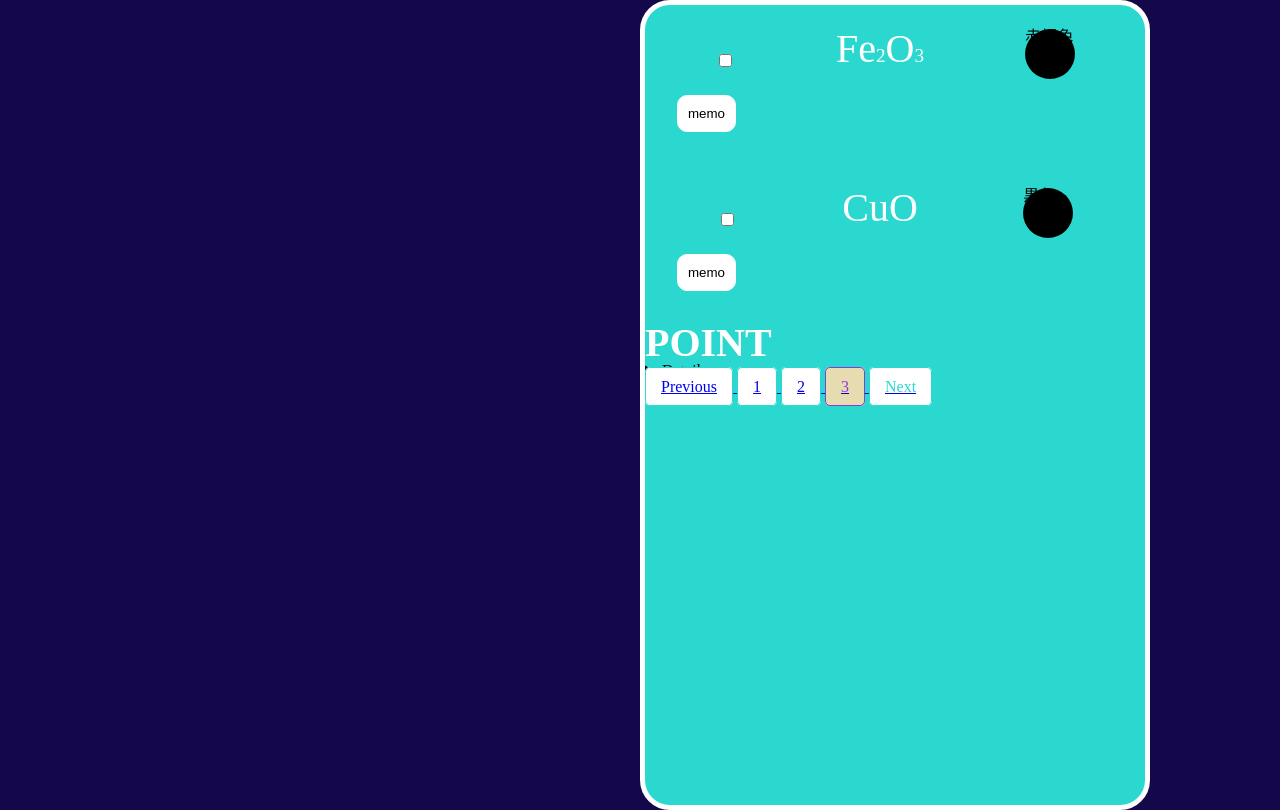
Repository: 1000sky/Inorganic_chemistry_application
Page: http://localhost/index6
The author's editor kept a copy of each file at every save. The page is drawn from the files as they stood at one save, then again after the next save.
The browser window is 1280 px wide. The pictures show the whole page.
The page is served by the project's Laravel application, run on PHP 8.4 with Laravel 8.

Above is the page before, as saved 2022-07-16 15:21:48.

After the next save:
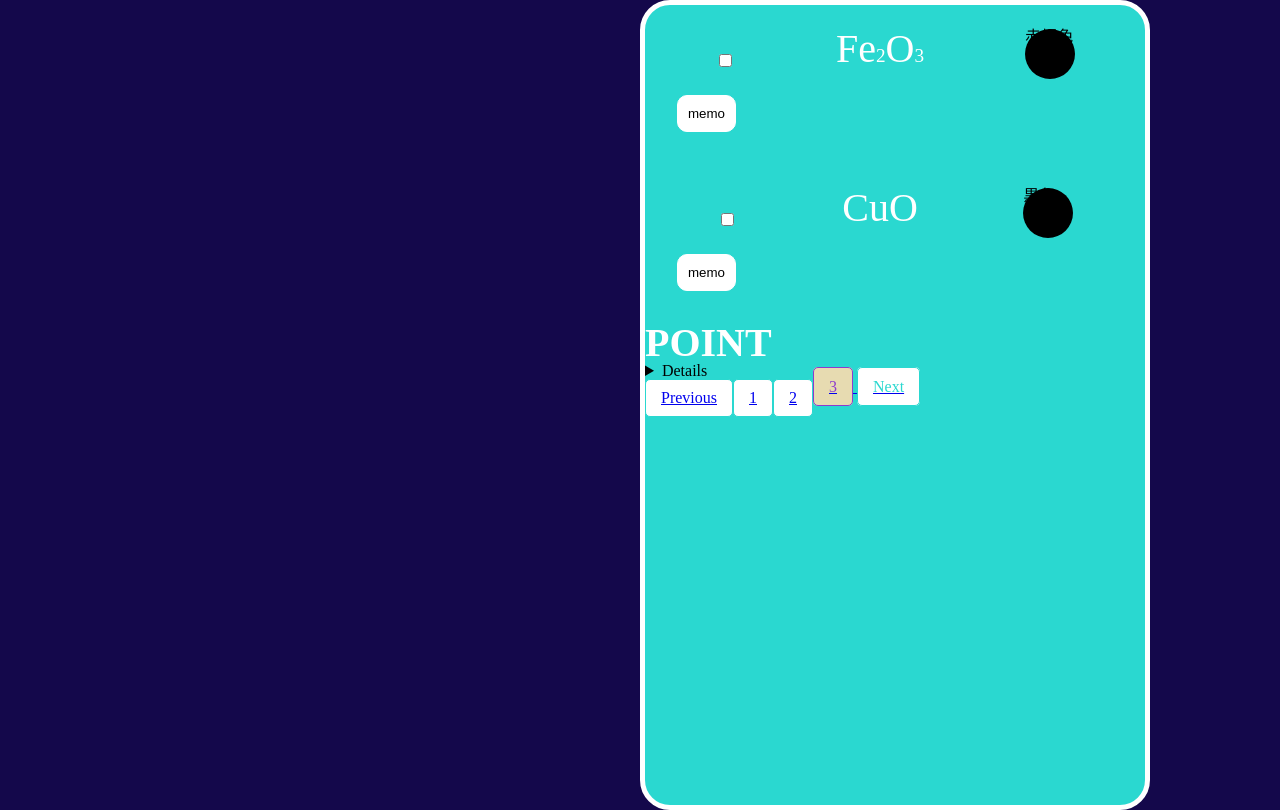
Saved 33 s later.
--- a/application/public/css/index.css
+++ b/application/public/css/index.css
@@ -62,8 +62,9 @@ span {
 
 
 .page{
-  /* display: flex;
-  text-align: center;*/
+  display: flex;
+  text-align: center;
+  margin-bottom: 1rem;
 }
 
 .page li{
